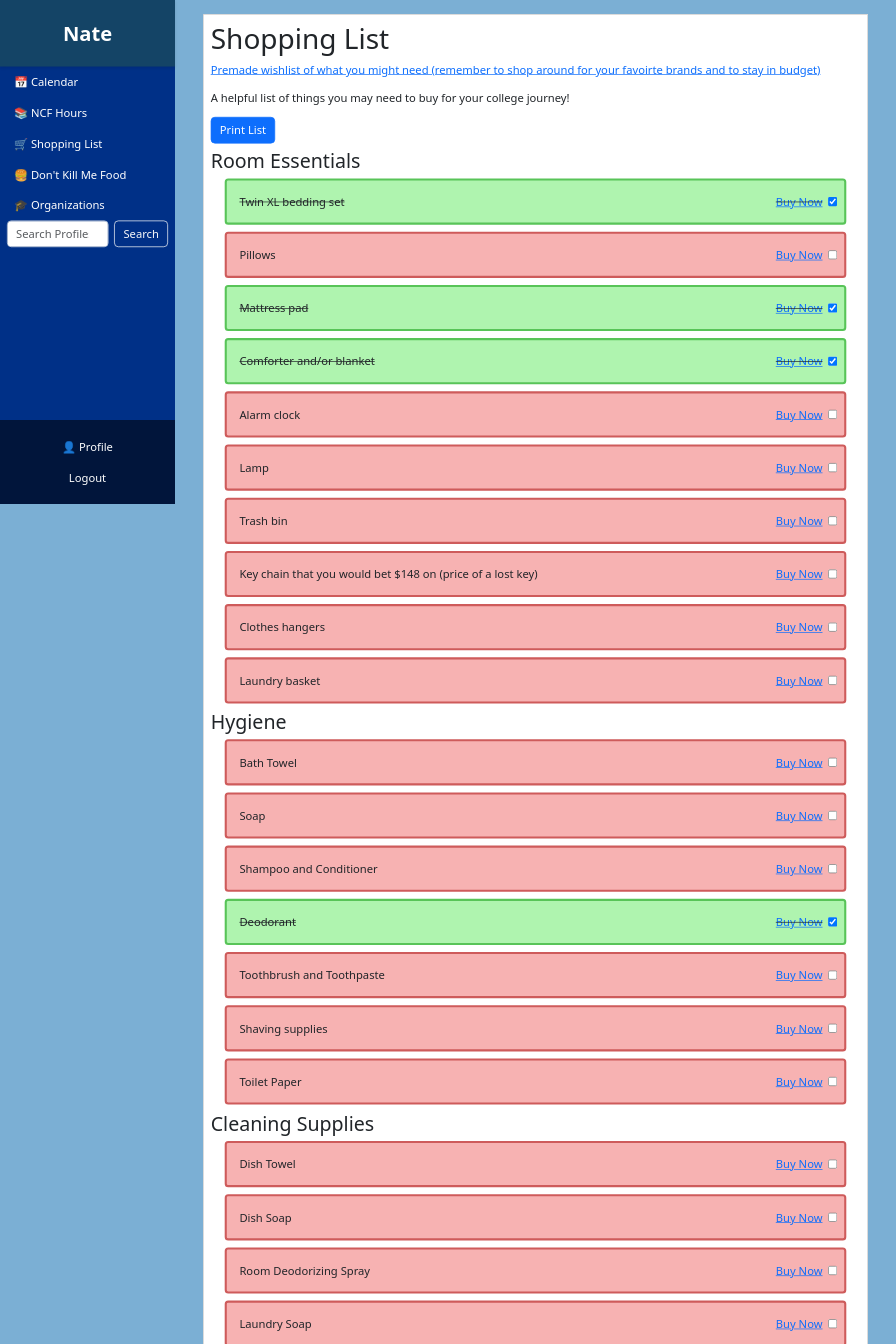
Repository: NateClarkTech/SoftwareEngineeringProject2
Page: http://localhost/shoppinglist/
An editor plug-in stored every save of this project. The page is shown before and after the next save, followed by the edit.
The browser window is 1280 px wide. The pictures show the part of the page from y = 0 to 1920 px (the page is 4421 px tall), at 70% of full size.
The page is served by the project's application, run on Django 5.2 (manage.py). The first stored user is signed in. The page reads the database file committed with the project.

Above is the page before, as saved 2024-03-12 18:03:18.

After the next save:
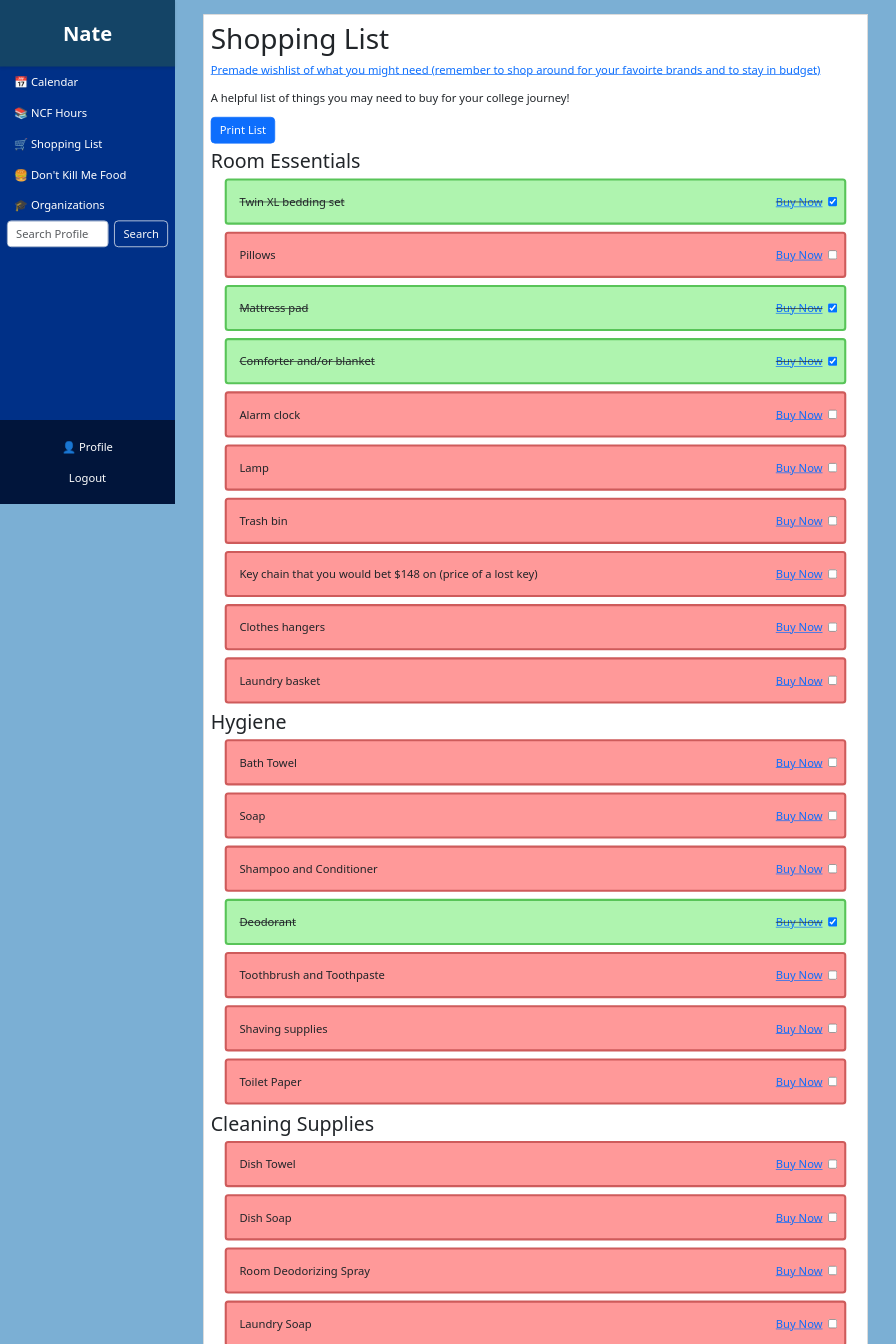
Saved 12 s later.
--- a/ShoppingList/templates/shoppinglist.html
+++ b/ShoppingList/templates/shoppinglist.html
@@ -28,7 +28,7 @@
         border-color: #ce5b5b;
         border-radius: 5px;
         border-width: 3px;
-        background-color: #f7b2b2;
+        background-color: #ff9999;
     }
 </style>
 {% endblock %}
